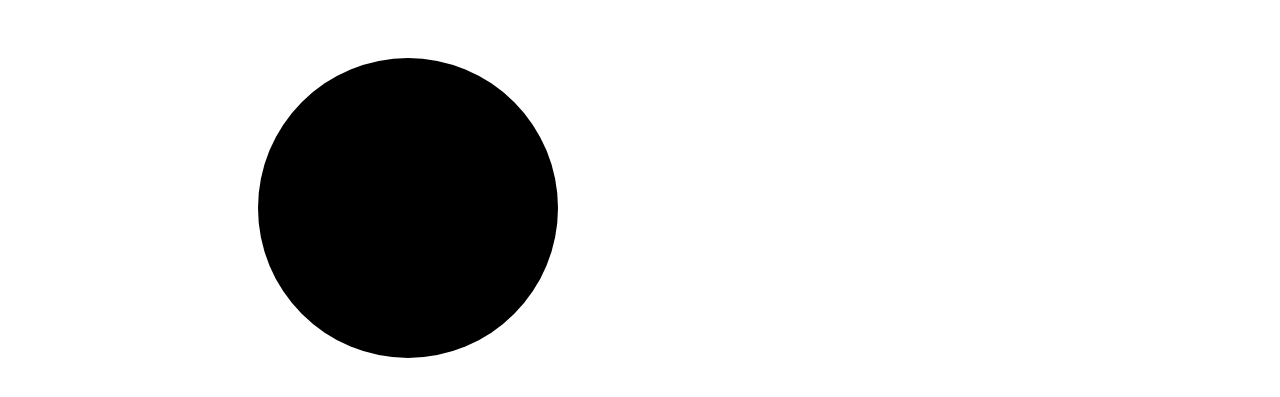
Repository: BlueLionycb/study-demo
Page: canvas-demo/src/index16.html
An editor plug-in stored every save of this project. The page is shown before and after the next save, followed by the edit.
The browser window is 1280 px wide. The pictures show the whole page.

Above is the page before, as saved 2020-01-26 23:26:48.
Console error (its wording comes from the project's code and is left out).

### canvas-demo/src/index16.html
<!DOCTYPE html>
<html lang="en">
    <head>
        <meta charset="UTF-8">
        <meta name="viewport" content="width=device-width, initial-scale=1.0">
        <meta http-equiv="X-UA-Compatible" content="ie=edge">
        <title>头像切圆</title>
    </head>
    <body>
        <canvas id="myCanvas" height="600" width="600">

        </canvas>

        <script>
        function draw(){
            let canvas=document.getElementById("myCanvas") //画布
            let ctx=canvas.getContext("2d"); //上下文，画笔

            let img= new Image()
            img.src = './img/touxiang.png'

            img.onload = function(){
                ctx.beginPath();
                ctx.arc(400,200,150,0,Math.PI*2)
                ctx.fill()
                ctx.drawImage(this,)
            }
        }

        draw();

    </script>
    </body>
</html>

After the next save:
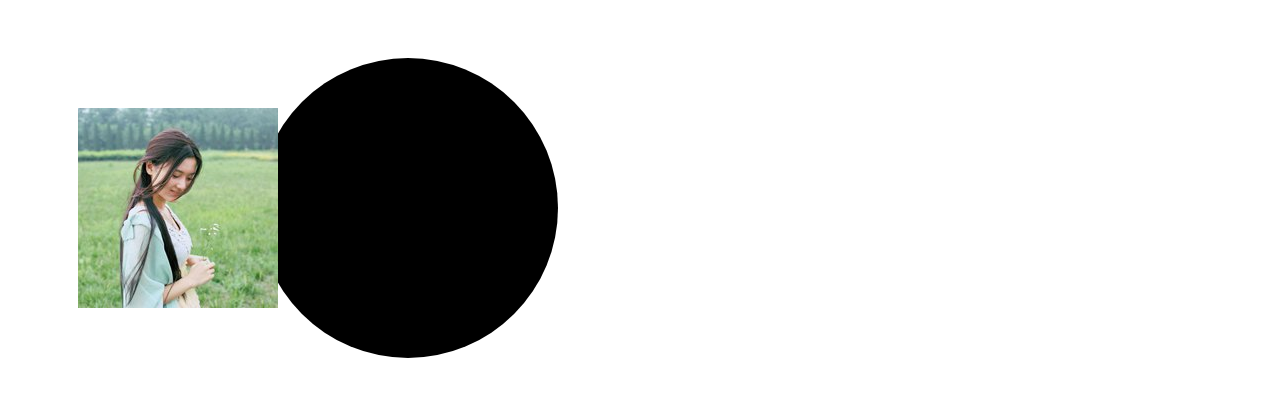
The error is gone.
Saved 4 s later.
--- a/canvas-demo/src/index16.html
+++ b/canvas-demo/src/index16.html
@@ -23,7 +23,7 @@
                 ctx.beginPath();
                 ctx.arc(400,200,150,0,Math.PI*2)
                 ctx.fill()
-                ctx.drawImage(this,)
+                ctx.drawImage(this,70,100)
             }
         }
 
